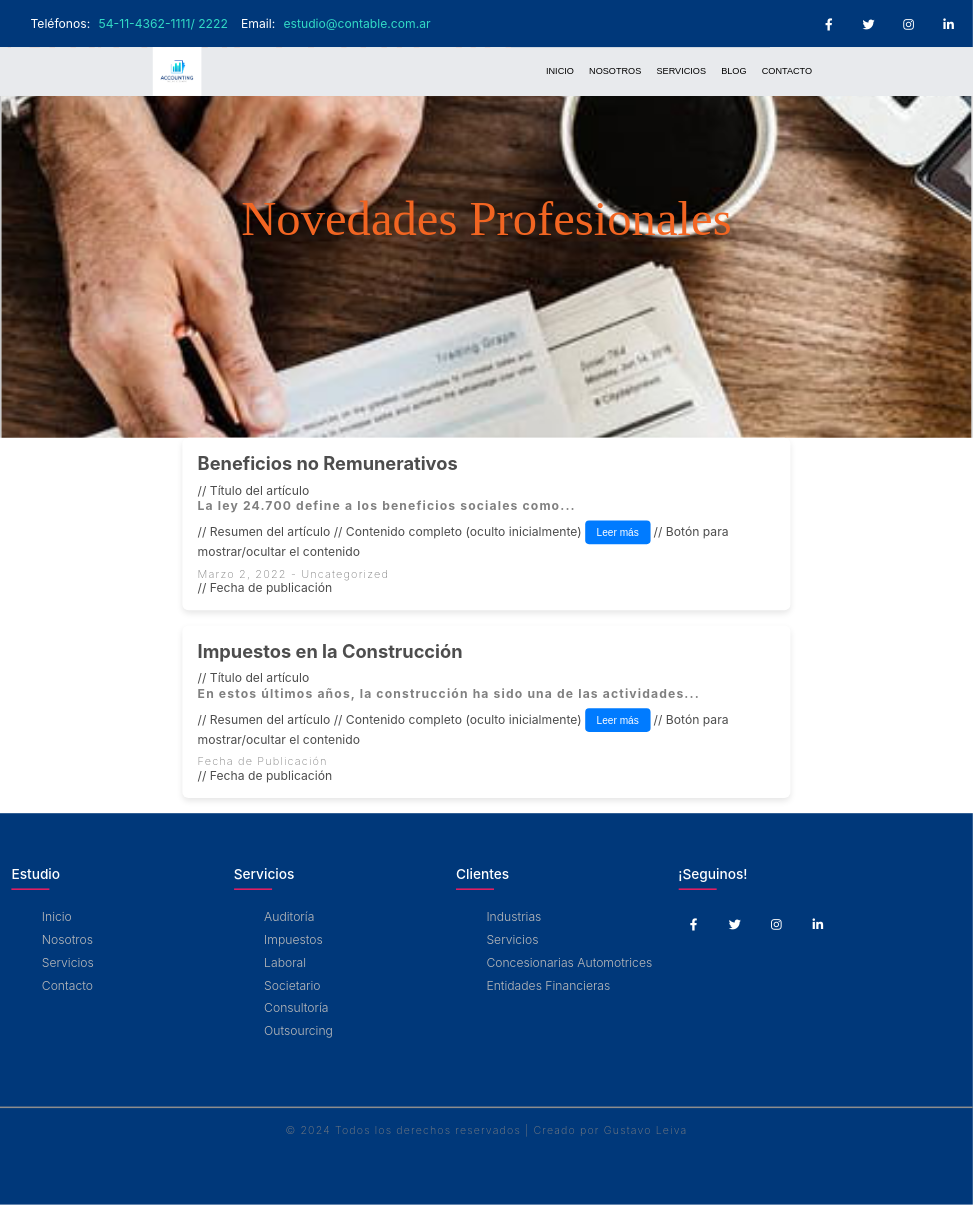
Repository: Gustavo-Leiva/estudioContable
Page: html/blog.html
The author's editor kept a copy of each file at every save. The page is drawn from the files as they stood at one save, then again after the next save.
The browser window is 1280 px wide. The pictures show the whole page, at 76% of full size.
Some web libraries are served in a nearby version.

Above is the page before, as saved 2025-01-31 18:05:10.

### html/blog.html
<!DOCTYPE html>
<html lang="en">
<head>
    <meta charset="UTF-8">
    <meta name="viewport" content="width=device-width, initial-scale=1.0">
    <title>Blog</title>
    <script src="https://kit.fontawesome.com/363b4ef9d0.js" crossorigin="anonymous"></script>
    <link rel="stylesheet" type="text/css" href="https://cdnjs.cloudflare.com/ajax/libs/font-awesome/6.0.0/css/all.min.css">
    <link rel="stylesheet" type="text/css" href="/css/style.css">
    <script src="../js/app.js"></script>
    <script src="../js/app1.js"></script>
</head>
<body>
    <header id="home" class="header">
        <nav class="nav">
            <div class="container-all">
                <div class="container-contacto">
                    <div class="contacto">
                        <ul class="nav-contacto">
                            <li>
                                <span class="contac">Teléfonos:</span>
                                <a href="#" class="phone">54-11-4362-1111/ 2222</a>
                            </li>
                            <li>
                                <span class="contac">Email:</span>
                                <a href="#" class="email">estudio@contable.com.ar</a>
                            </li>
                        </ul>
                    </div>
                    <div class="social-links">
                        <a href="#"><i class="fab fa-facebook-f"></i></a>
                        <a href="#"><i class="fab fa-twitter"></i></a>
                        <a href="#"><i class="fab fa-instagram"></i></a>
                        <a href="#"><i class="fab fa-linkedin-in"></i></a>
                    </div>
                </div>
                <div class="nav-items">
                    <img src="../img/logo2.jpg" alt="Logo del estudio" class="imagen-logo">
                    <button id="abrir" class="abrir-menu"><i class="fas fa-bars"></i></button>
                    <div class="nav-menu" id="nav">
                        <button id="cerrar" class="cerrar-menu"><i class="fa-solid fa-xmark"></i></button>
                        <ul class="nav-list">
                            <li class="menu-item"><a href="/index.html">Inicio</a></li>
                            <li class="menu-item"><a href="/html/nosotros.html">Nosotros</a></li>
                            <li class="menu-item"><a href="/html/servicios.html">Servicios</a></li>
                            <li class="menu-item"><a href="/html/blog.html">Blog</a></li>
                            <li class="menu-item"><a href="/html/contacto.html">Contacto</a></li>
                        </ul>
                    </div>
                </div>
            </div>
        </nav>
    </header>

    <section class="imagenContenedora" id="imagenContenedora">
        <img class="contenedoraBlog" src="../img/blog.jpg" alt="Imagen de blog">
        <h1 class="leyenda">Novedades Profesionales</h1>
    </section>

    <!-- Contenedor donde se cargarán dinámicamente los artículos -->
    <section id="blog-container" class="blog-container"></section>

    <footer class="footer">
        <div class="footer-container">
            <div class="row">
                <div class="footer-col">
                    <h4 class="title">Estudio</h4>
                    <ul>
                        <li><a href="#">Inicio</a></li>
                        <li><a href="#">Nosotros</a></li>
                        <li><a href="#">Servicios</a></li>
                        <li><a href="#">Contacto</a></li>
                    </ul>
                </div>
                <div class="footer-col">
                    <h4 class="title">Servicios</h4>
                    <ul>
                        <li><a href="#">Auditoría</a></li>
                        <li><a href="#">Impuestos</a></li>
                        <li><a href="#">Laboral</a></li>
                        <li><a href="#">Societario</a></li>
                        <li><a href="#">Consultoría</a></li>
                        <li><a href="#">Outsourcing</a></li>
                    </ul>
                </div>
                <div class="footer-col">
                    <h4 class="title">Clientes</h4>
                    <ul>
                        <li><a href="#">Industrias</a></li>
                        <li><a href="#">Servicios</a></li>
                        <li><a href="#">Concesionarias automotrices</a></li>
                        <li><a href="#">Entidades Financieras</a></li>
                    </ul>
                </div>
                <div class="footer-col footer-links">
                    <h4 class="title">¡Seguinos!</h4>
                    <div class="social-links">
                        <a href="#"><i class="fab fa-facebook-f"></i></a>
                        <a href="#"><i class="fab fa-twitter"></i></a>
                        <a href="#"><i class="fab fa-instagram"></i></a>
                        <a href="#"><i class="fab fa-linkedin-in"></i></a>
                    </div>
                </div>
            </div>
        </div>
        <hr>
        <p class="derechos">&copy; 2024 Todos los derechos reservados | Creado por Gustavo Leiva</p>
    </footer>


</body>
</html>

### js/app1.js
document.addEventListener("DOMContentLoaded", function () {
    // Cargar artículos desde el archivo JSON
    fetch("../js/articulos.json")
        .then(response => response.json())  // Convertir la respuesta a JSON
        .then(data => {
            const contenedor = document.querySelector(".blog-container");  // Contenedor donde se mostrarán las tarjetas

            // Iterar sobre los artículos y crear una tarjeta para cada uno
            data.forEach(articulo => {
                const card = document.createElement("div");  // Crear un nuevo contenedor para cada artículo
                card.classList.add("blog-card");  // Añadir clase de estilo a la tarjeta

                // Insertar el contenido de cada artículo dentro de la tarjeta
                card.innerHTML = `
                    <h2>${articulo.titulo}</h2>  // Título del artículo
                    <p class="summary">${articulo.resumen}</p>  // Resumen del artículo
                    <p class="full-content" style="display: none;">${articulo.contenido}</p>  // Contenido completo (oculto inicialmente)
                    <button class="read-more">Leer más</button>  // Botón para mostrar/ocultar el contenido
                    <p class="date">${articulo.fecha}</p>  // Fecha de publicación
                `;

                contenedor.appendChild(card);  // Añadir la tarjeta al contenedor de artículos
            });

            // Llamar a la función para activar los botones "Leer más"
            inicializarBotones();
        })
        .catch(error => console.error("Error cargando los artículos:", error));  // Manejo de errores

        function inicializarBotones() {
            const botones = document.querySelectorAll('.read-more');

            botones.forEach(button => {
                button.addEventListener('click', function() {
                    const contenido = this.previousElementSibling;  // Obtener el contenido completo
                    if (contenido.style.display === "none") {
                        contenido.style.display = "block";  // Mostrar contenido
                        this.textContent = "Leer menos";  // Cambiar el texto del botón
                    } else {
                        contenido.style.display = "none";  // Ocultar contenido
                        this.textContent = "Leer más";  // Cambiar el texto del botón
                    }
                });
            });
        }


});

Loaded but not shown: js/articulos.json (14 lines, source omitted); js/app.js (25 lines, source omitted); css/style.css (1295 lines, source omitted)

After the next save:
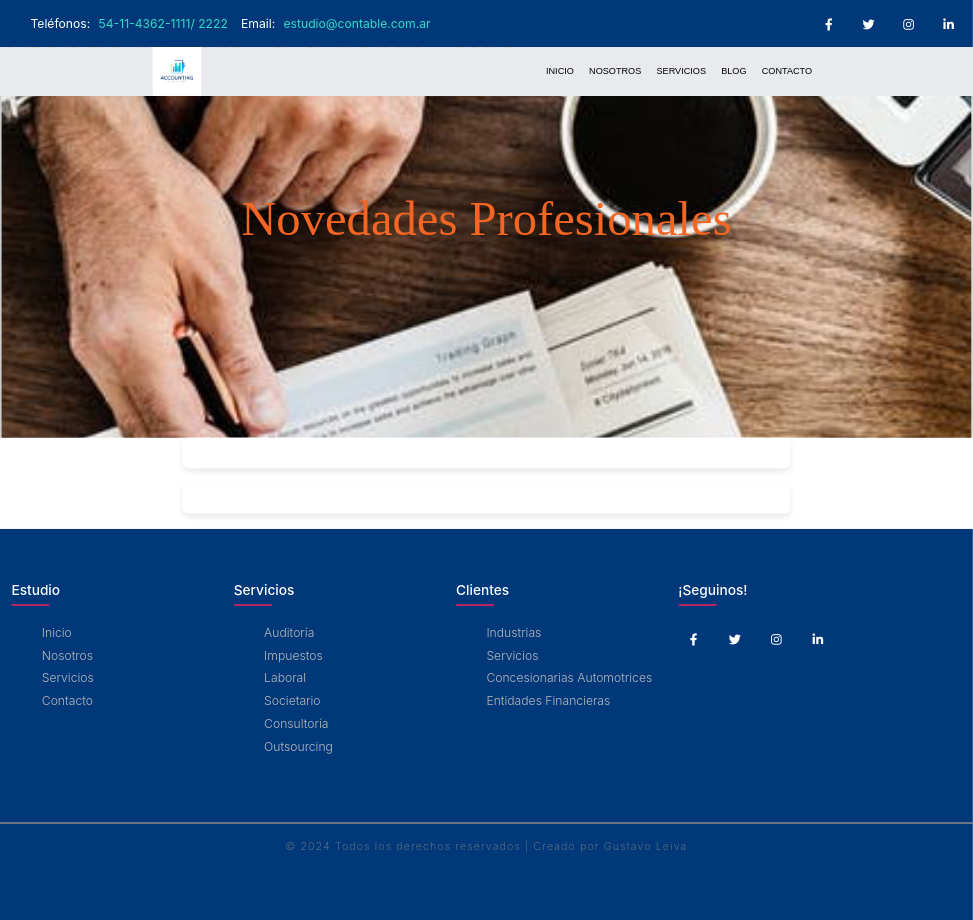
Saved 29 s later.
--- a/js/app1.js
+++ b/js/app1.js
@@ -11,13 +11,6 @@
                 card.classList.add("blog-card");  // Añadir clase de estilo a la tarjeta
 
                 // Insertar el contenido de cada artículo dentro de la tarjeta
-                card.innerHTML = `
-                    <h2>${articulo.titulo}</h2>  // Título del artículo
-                    <p class="summary">${articulo.resumen}</p>  // Resumen del artículo
-                    <p class="full-content" style="display: none;">${articulo.contenido}</p>  // Contenido completo (oculto inicialmente)
-                    <button class="read-more">Leer más</button>  // Botón para mostrar/ocultar el contenido
-                    <p class="date">${articulo.fecha}</p>  // Fecha de publicación
-                `;
 
                 contenedor.appendChild(card);  // Añadir la tarjeta al contenedor de artículos
             });

After the save that followed:
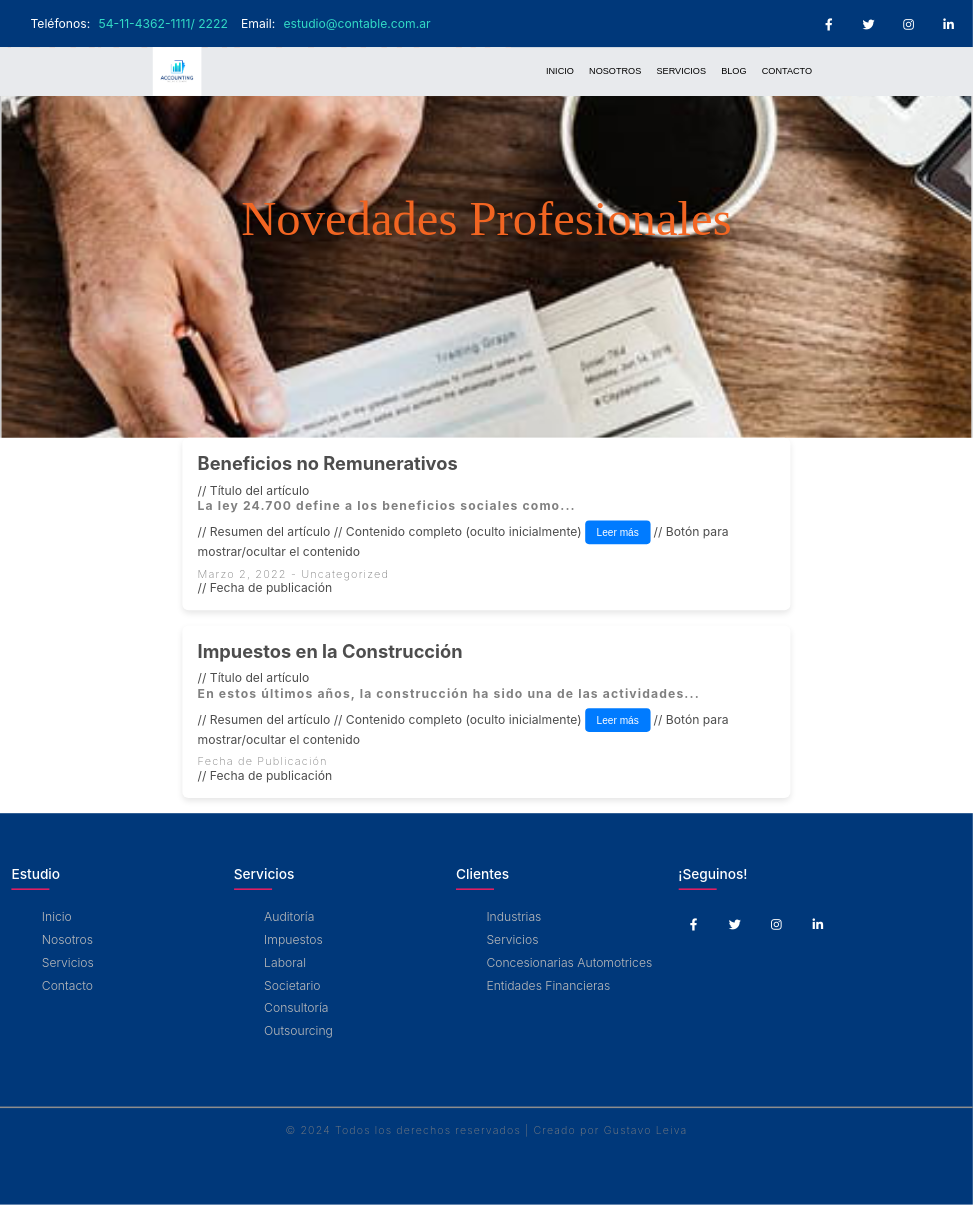
Saved 5 s later.
--- a/js/app1.js
+++ b/js/app1.js
@@ -11,6 +11,13 @@
                 card.classList.add("blog-card");  // Añadir clase de estilo a la tarjeta
 
                 // Insertar el contenido de cada artículo dentro de la tarjeta
+                card.innerHTML = `
+                    <h2>${articulo.titulo}</h2>  // Título del artículo
+                    <p class="summary">${articulo.resumen}</p>  // Resumen del artículo
+                    <p class="full-content" style="display: none;">${articulo.contenido}</p>  // Contenido completo (oculto inicialmente)
+                    <button class="read-more">Leer más</button>  // Botón para mostrar/ocultar el contenido
+                    <p class="date">${articulo.fecha}</p>  // Fecha de publicación
+                `;
 
                 contenedor.appendChild(card);  // Añadir la tarjeta al contenedor de artículos
             });
